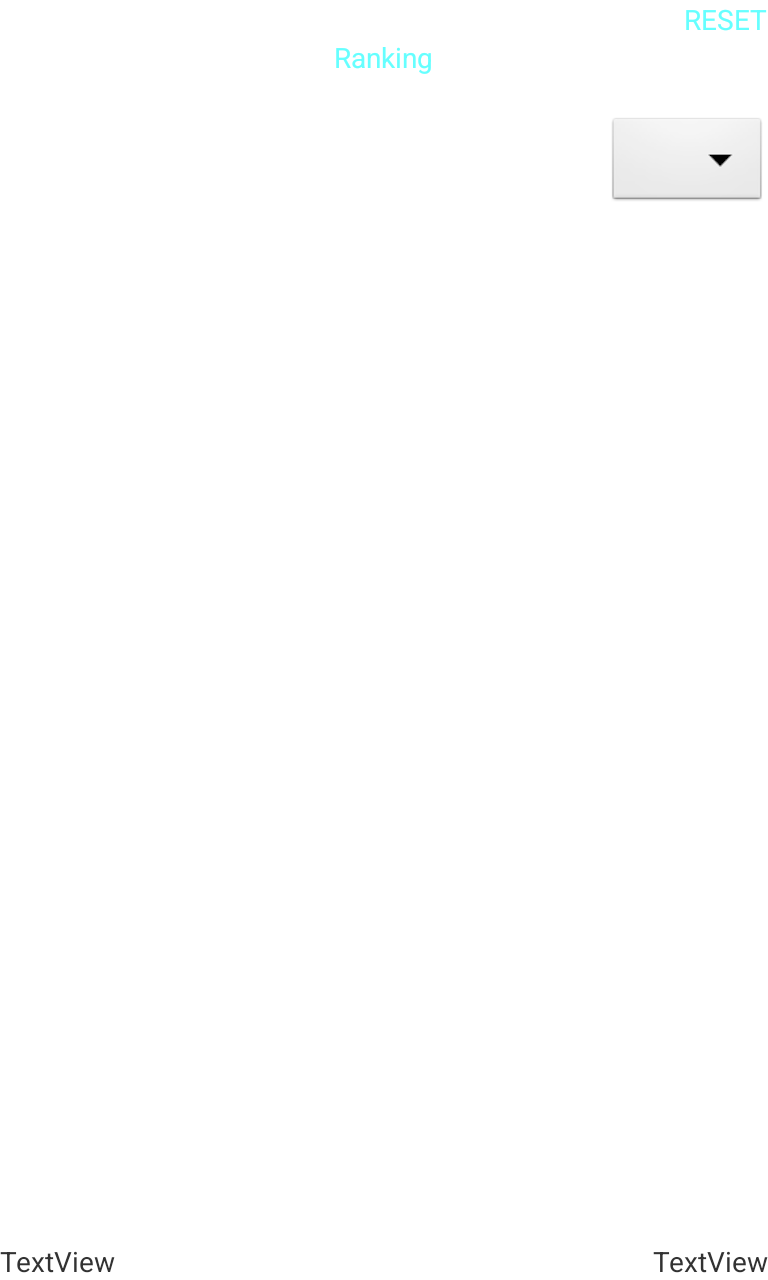
Repository: zwycid/dimension-drive-downside
Layout: lk/gameUIDesign/res/layout/ranking.xml
An editor plug-in stored every save of this project. The layout is shown before and after the next save, followed by the edit.
It is drawn on a 768 x 1280 px phone screen (xhdpi) without system bars, with theme AppTheme; the app's code is not run. Lists and similar views that code fills are empty.

Above is the layout before, as saved 2012-07-11 14:28:49.

### lk/gameUIDesign/res/layout/ranking.xml
<?xml version="1.0" encoding="utf-8"?>
<RelativeLayout xmlns:android="http://schemas.android.com/apk/res/android"
    android:layout_width="match_parent"
    android:layout_height="match_parent" >

    <TextView
        android:id="@+id/blankViewRanking0"
        style="@style/blankView"
        android:layout_alignParentTop="true"
        android:layout_centerHorizontal="true" />

    <TextView
        android:id="@+id/textViewTitleRanking"
        style="@style/TitleText"
        android:layout_below="@+id/blankViewRanking0"
        android:layout_centerHorizontal="true"
        android:text="@string/Ranking" />

    <TextView
        android:id="@+id/blankViewRanking1"
        style="@style/blankView"
        android:layout_alignLeft="@+id/textViewTitleRanking"
        android:layout_below="@+id/textViewTitleRanking" />

    <Spinner
        android:id="@+id/spinnerStage"
        android:layout_width="wrap_content"
        android:layout_height="wrap_content"
        android:layout_alignParentRight="true"
        android:layout_below="@+id/blankViewRanking1"
        android:prompt="@string/STAGE" />

    <TextView
        android:id="@+id/textViewButtonSwap"
        style="@style/ButtonText"
        android:layout_below="@+id/blankView5"
        android:layout_alignParentLeft="true" />

    <TextView
        android:id="@+id/textViewButtonReset"
        style="@style/ButtonText"
        android:layout="true"
        android:layout_alignParentRight="true"
        android:text="@string/reset" />

    <ViewFlipper
        android:id="@+id/viewFlipperForListView"
        android:layout_width="wrap_content"
        android:layout_height="wrap_content"
        android:layout_below="@+id/spinnerStage"
        android:layout_centerHorizontal="true" >

        <ListView
            android:id="@+id/listViewTotalRanking"
            android:layout_width="match_parent"
            android:layout_height="wrap_content" >
        </ListView>

        <ListView
            android:id="@+id/listViewStageRanking"
            android:layout_width="match_parent"
            android:layout_height="wrap_content" >
        </ListView>
    </ViewFlipper>

    <TextView
        android:id="@+id/blankView4"
        android:layout_width="wrap_content"
        android:layout_height="wrap_content"
        android:layout_alignParentBottom="true"
        android:layout_alignParentRight="true"
        android:text="TextView" />

    <TextView
        android:id="@+id/blankView5"
        android:layout_width="wrap_content"
        android:layout_height="wrap_content"
        android:layout_alignParentBottom="true"
        android:layout_alignParentLeft="true"
        android:text="TextView" />

</RelativeLayout>

### lk/gameUIDesign/res/values/strings.xml
<resources>

    <string name="app_name">ITProject-gameUIDesign</string>
    <string name="menu_settings">Settings</string>
    <string name="title_activity_main">gameUIDesign</string>
    <string name="gameTitle">Sailing Text</string>
    <string name="Startgame">Start Game</string>
    <string name="Ranking">Ranking</string>
    <string name="Option">Option</string>
    <string name="TotalRanking">Total Ranking</string>
    <string name="StageRanking">Stage Ranking</string>
    <string name="reset">RESET</string>
    <string name="STAGE">STAGE</string>
    <string name="blank">blank</string>

</resources>

Loaded but not shown: lk/gameUIDesign/res/values/styles.xml (common file)

After the next save:
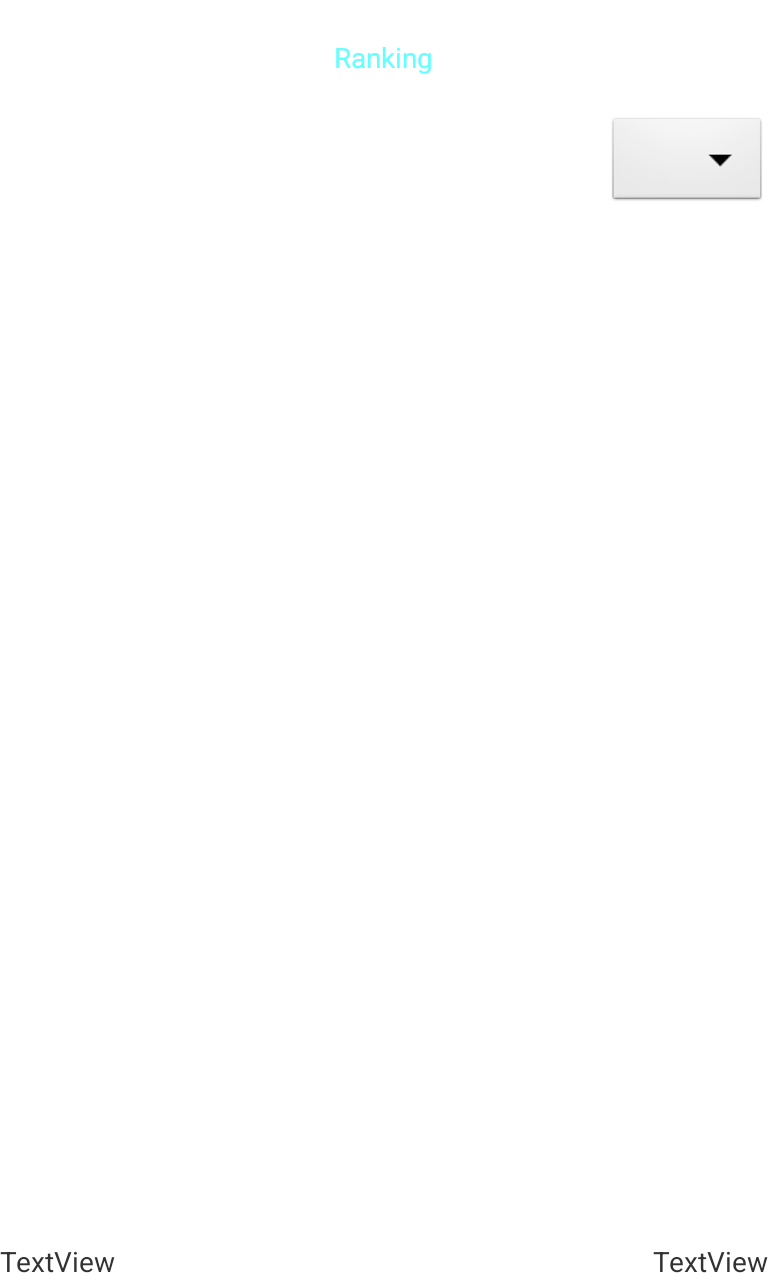
Saved 25 s later.
--- a/lk/gameUIDesign/res/layout/ranking.xml
+++ b/lk/gameUIDesign/res/layout/ranking.xml
@@ -39,7 +39,7 @@
     <TextView
         android:id="@+id/textViewButtonReset"
         style="@style/ButtonText"
-        android:layout="true"
+        android:layout_below="@+id/blankView5"
         android:layout_alignParentRight="true"
         android:text="@string/reset" />
 
